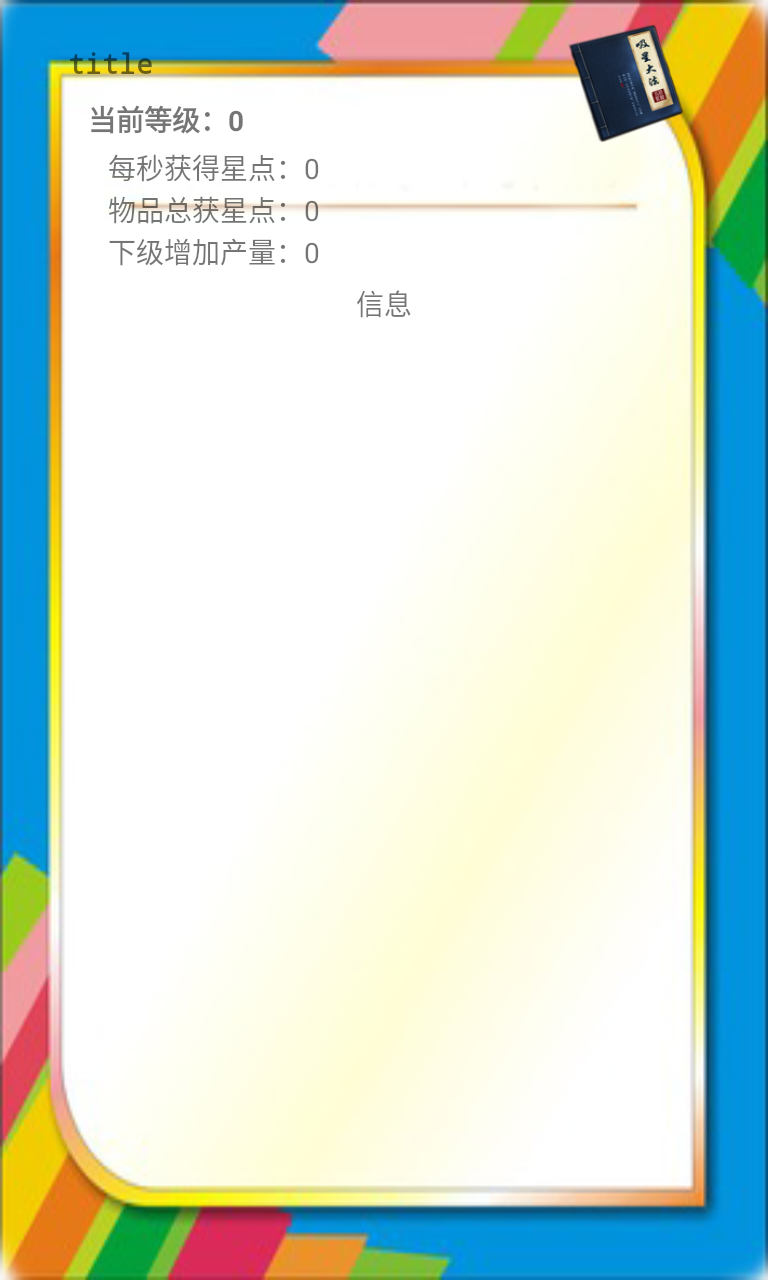
Repository: xianyun2014/StarPoint
Layout: game/res/layout/build_info_view.xml
An editor plug-in stored every save of this project. The layout is shown before and after the next save, followed by the edit.
It is drawn on a 768 x 1280 px phone screen (xhdpi) without system bars, with theme AppTheme; the app's code is not run.

Above is the layout before, as saved 2014-11-17 15:53:12.

### game/res/layout/build_info_view.xml
<RelativeLayout xmlns:android="http://schemas.android.com/apk/res/android"
    xmlns:android1="http://schemas.android.com/apk/res/android"
    android1:id="@+id/build_info"
    android1:layout_width="wrap_content"
    android1:layout_height="wrap_content"
    android1:layout_alignParentLeft="true"
    android1:layout_alignParentTop="true"
    android1:layout_alignParentBottom="true"
    android1:layout_alignParentRight="true"
    android1:layout_marginTop="60dp"
    android1:layout_marginRight="10dp"
    android1:layout_marginLeft="10dp"
    android1:layout_marginBottom="150dp">

    <ImageView
        android1:id="@+id/imageView1"
        android1:layout_width="fill_parent"
        android1:layout_height="fill_parent"
        android1:layout_alignParentBottom="true"
        android1:layout_alignParentLeft="true"
        android1:layout_alignParentTop="true"
        android1:scaleType="fitXY"
        android1:src="@drawable/info_build" />

    <TextView
        android1:id="@+id/build_title"
        android1:layout_width="wrap_content"
        android1:layout_height="wrap_content"
        android1:layout_alignParentLeft="true"
        android1:layout_alignParentTop="true"
        android1:layout_below="@layout/build_info_view"
        android1:layout_marginLeft="34dp"
        android1:layout_marginTop="22dp"
        android1:text="title"
        android1:textStyle="bold"
        android1:typeface="monospace" />

    <TableLayout
        android1:id="@+id/TableLayout1"
        android1:layout_width="wrap_content"
        android1:layout_height="wrap_content"
        android1:layout_alignLeft="@+id/build_title"
        android1:layout_below="@+id/textcurlevel"
        android1:layout_marginLeft="20dp"
        android1:layout_marginTop="3dp" >

        <TableRow
            android1:id="@+id/tableRow1"
            android1:layout_width="wrap_content"
            android1:layout_height="wrap_content" >

            <TextView
                android1:id="@+id/textView1"
                android1:layout_width="wrap_content"
                android1:layout_height="wrap_content"
                android1:text="每秒获得星点：" />

            <TextView
                android1:id="@+id/txt_yield_sec"
                android1:layout_width="wrap_content"
                android1:layout_height="wrap_content"
                android1:text="0" />

        </TableRow>

        <TableRow
            android1:id="@+id/tableRow2"
            android1:layout_width="wrap_content"
            android1:layout_height="wrap_content" >

            <TextView
                android1:id="@+id/textView3"
                android1:layout_width="wrap_content"
                android1:layout_height="wrap_content"
                android1:text="物品总获星点：" />

            <TextView
                android1:id="@+id/txt_yield_total"
                android1:layout_width="wrap_content"
                android1:layout_height="wrap_content"
                android1:text="0" />

        </TableRow>

        <TableRow
            android1:id="@+id/tableRow3"
            android1:layout_width="wrap_content"
            android1:layout_height="wrap_content" >

            <TextView
                android1:id="@+id/textView5"
                android1:layout_width="wrap_content"
                android1:layout_height="wrap_content"
                android1:text="下级增加产量：" />

            <TextView
                android1:id="@+id/txt_next_add"
                android1:layout_width="wrap_content"
                android1:layout_height="wrap_content"
                android1:text="0" />
        </TableRow>
    </TableLayout>

    <TextView
        android1:id="@+id/textcurlevel"
        android1:layout_width="wrap_content"
        android1:layout_height="wrap_content"
        android1:layout_alignLeft="@id/build_title"
        android1:layout_below="@+id/build_title"
        android1:layout_marginLeft="10dp"
        android1:layout_marginTop="8dp"
        android1:text="当前等级："
        android1:textStyle="bold" />

    <TextView
        android1:id="@+id/txt_Level"
        android1:layout_width="wrap_content"
        android1:layout_height="wrap_content"
        android1:layout_alignBaseline="@+id/textcurlevel"
        android1:layout_alignBottom="@+id/textcurlevel"
        android1:layout_toRightOf="@+id/textcurlevel"
        android1:text="0"
        android1:textStyle="bold" />

    <TextView
        android1:id="@+id/info"
        android1:layout_width="wrap_content"
        android1:layout_height="wrap_content"
        android1:layout_below="@+id/TableLayout1"
        android1:layout_centerHorizontal="true"
        android1:layout_marginTop="5dp"
        android1:text="信息" />

    <ImageView
        android1:id="@+id/imageView2"
        android1:layout_width="60dp"
        android1:layout_height="60dp"
        android1:layout_alignRight="@+id/imageView1"
        android1:layout_alignTop="@+id/imageView1"
        android1:layout_marginRight="41dp"
        android1:layout_marginTop="11dp"
        android1:scaleType="fitXY"
        android1:src="@drawable/jz_xzdf" />

</RelativeLayout>

Loaded but not shown: game/res/values/styles.xml (common file); game/res/values-v11/styles.xml (common file); game/res/values-v14/styles.xml (common file)

After the next save:
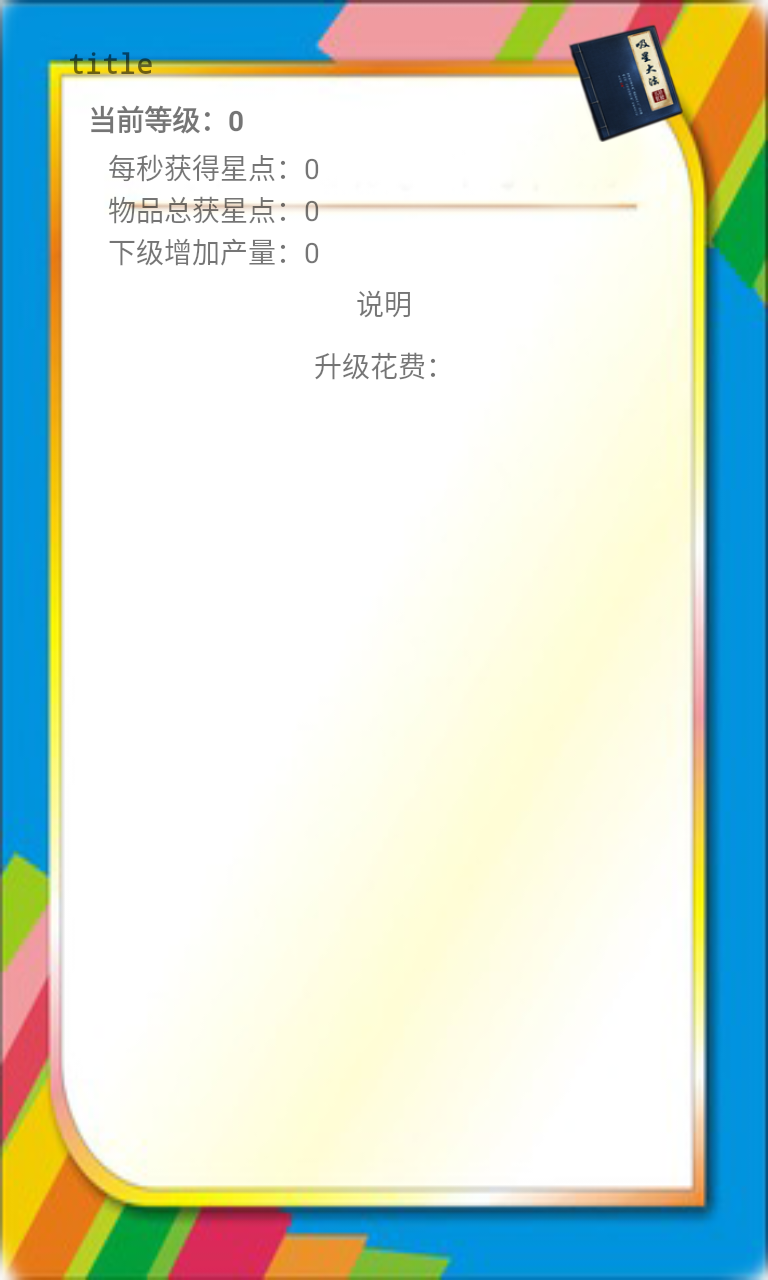
Saved 59 s later.
--- a/game/res/layout/build_info_view.xml
+++ b/game/res/layout/build_info_view.xml
@@ -129,7 +129,7 @@
         android1:layout_below="@+id/TableLayout1"
         android1:layout_centerHorizontal="true"
         android1:layout_marginTop="5dp"
-        android1:text="信息" />
+        android1:text="说明" />
 
     <ImageView
         android1:id="@+id/imageView2"
@@ -142,4 +142,13 @@
         android1:scaleType="fitXY"
         android1:src="@drawable/jz_xzdf" />
 
+    <TextView
+        android1:id="@+id/txt_cost"
+        android1:layout_width="wrap_content"
+        android1:layout_height="wrap_content"
+        android1:layout_below="@+id/info"
+        android1:layout_centerHorizontal="true"
+        android1:layout_marginTop="10dp"
+        android1:text="升级花费：" />
+
 </RelativeLayout>
